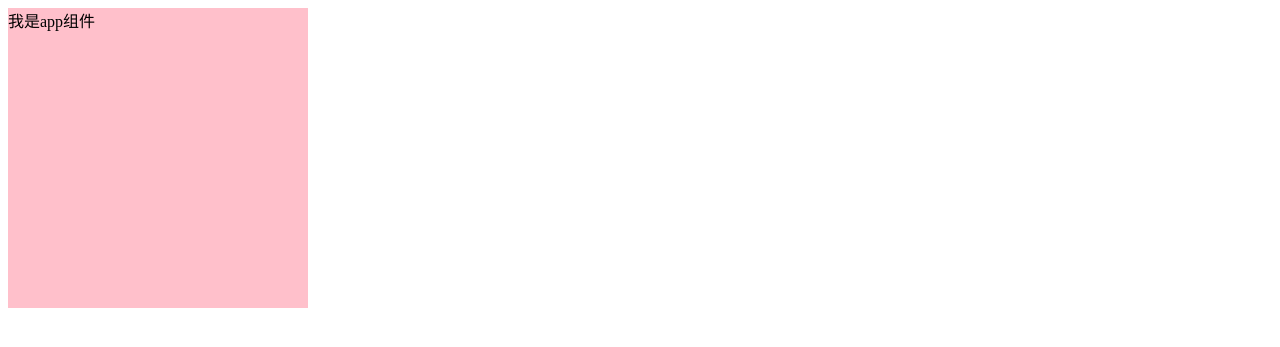
Repository: itpeilibo/rabbit-pc-ts
Page: /
These files come from the project's save history. The page is drawn as it stood at one moment and after a run of saves; the edit follows.
The browser window is 1280 px wide. The pictures show the whole page.
The page's requests for data from a server got no answer. The project was rebuilt for these pictures with package versions that can differ from the ones it lists, and the page was loaded fresh each time. No one was signed in, and anything a server would have sent is missing. Also part of the build but not shown: vite.config.ts.

Above is the page before, as saved 2023-01-13 14:18:17.

### src/App.vue
<script setup lang="ts">
import request from "@/utils/request";
async function getTest() {
  const res = await request.get("/home/index");
  console.log(res);
}
getTest();
</script>
<template>
  <div class="box">我是app组件</div>
</template>
<style scoped lang="less">
@import "@/assets/styles/variables.less";
@import "@/assets/styles/mixins.less";
.box {
  width: 300px;
  height: 300px;
  background-color: pink;
}
</style>

### src/assets/styles/variables.less
// 主题
@xtxColor: #27ba9b;
// 辅助
@helpColor: #e26237;
// 成功
@sucColor: #1dc779;
// 警告
@warnColor: #ffb302;
// 价格
@priceColor: #cf4444;

### src/assets/styles/mixins.less
// mixins => 当成 less 中的定义的一些函数（混入）
// 鼠标经过上移阴影动画
.hoverShadow () {
  transition: all 0.5s;
  &:hover {
    // translate3d 开启硬件加速 => 性能渲染效果会更好
    transform: translate3d(0, -3px, 0);
    box-shadow: 0 3px 8px rgba(0, 0, 0, 0.2);
  }
}

### src/utils/request.ts
import axios from 'axios'

// 备用接口地址: http://pcapi-xiaotuxian-front-devtest.itheima.net/
const instance = axios.create({
  // 请求基地址
  baseURL: 'http://pcapi-xiaotuxian-front.itheima.net/',
  timeout: 5000
})

// 添加请求拦截器
instance.interceptors.request.use(
  function (config) {
    // 在发送请求之前做些什么
    return config
  },
  function (error) {
    // 对请求错误做些什么
    return Promise.reject(error)
  }
)

// 添加响应拦截器
instance.interceptors.response.use(
  function (response) {
    return response
  },
  function (error) {
    // 对响应错误做点什么
    return Promise.reject(error)
  }
)

export default instance

Loaded but not shown: index.html (common file); src/main.ts (common file)

After the next 2 saves:
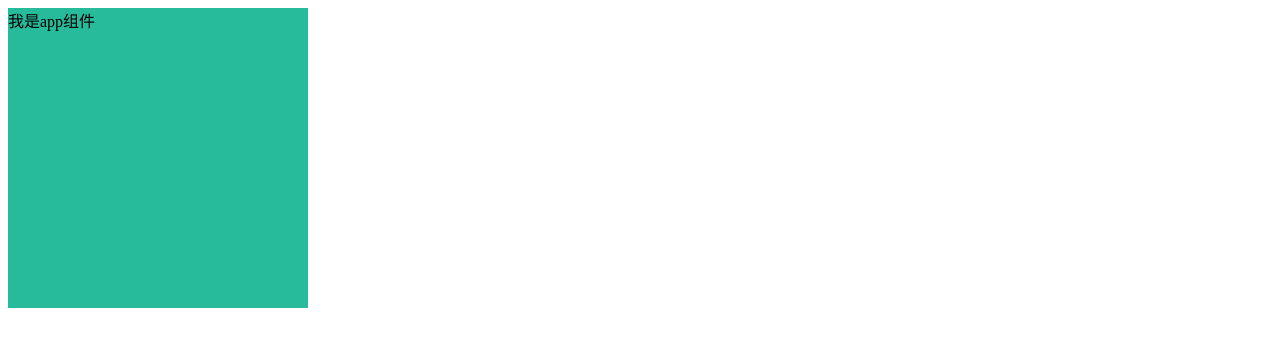
The 2 saves are shown as one change because they came seconds apart.
The last was saved 39 s later.
--- a/src/App.vue
+++ b/src/App.vue
@@ -15,6 +15,6 @@ getTest();
 .box {
   width: 300px;
   height: 300px;
-  background-color: pink;
+  background-color: @xtxColor;
 }
 </style>
